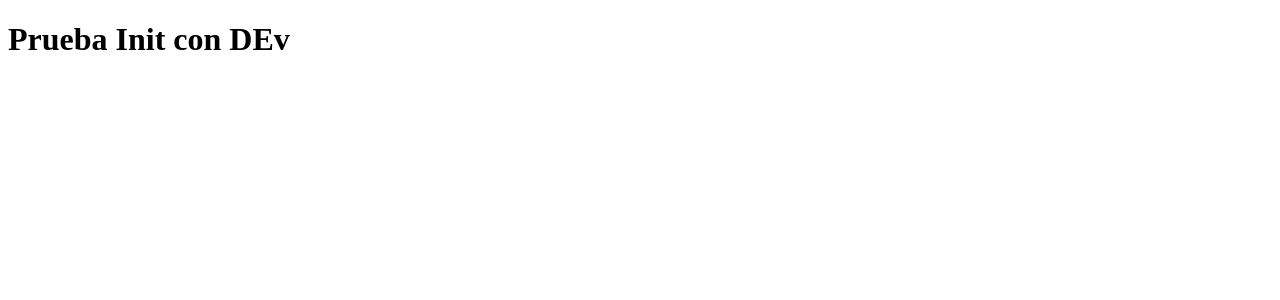
Repository: DanielBorussia/bvb
Page: index.html
An editor plug-in stored every save of this project. The page is shown before and after the next save, followed by the edit.
The browser window is 1280 px wide. The pictures show the whole page.

Above is the page before, as saved 2023-12-20 11:20:58.

After the next save:
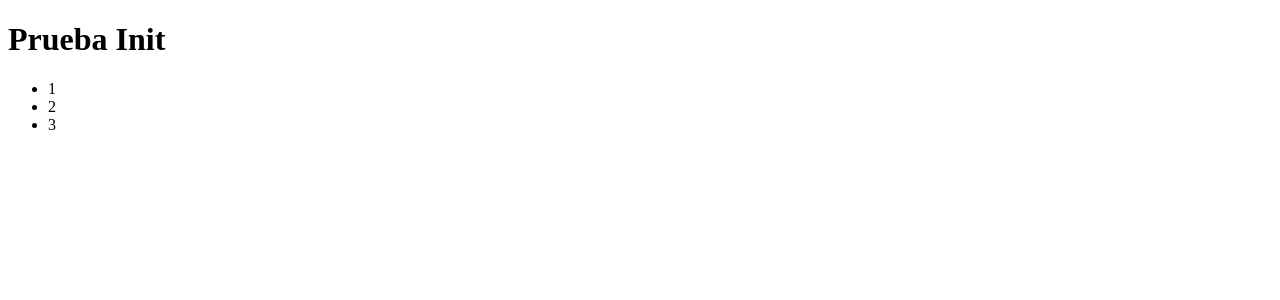
Saved 33 min 27 s later.
--- a/index.html
+++ b/index.html
@@ -6,6 +6,11 @@
     <title>Document</title>
 </head>
 <body>
-    <h1>Prueba Init con DEv</h1>
+    <h1>Prueba Init</h1>
+    <ul>
+        <li>1</li>
+        <li>2</li>
+        <li>3</li>
+    </ul>
 </body>
 </html>
